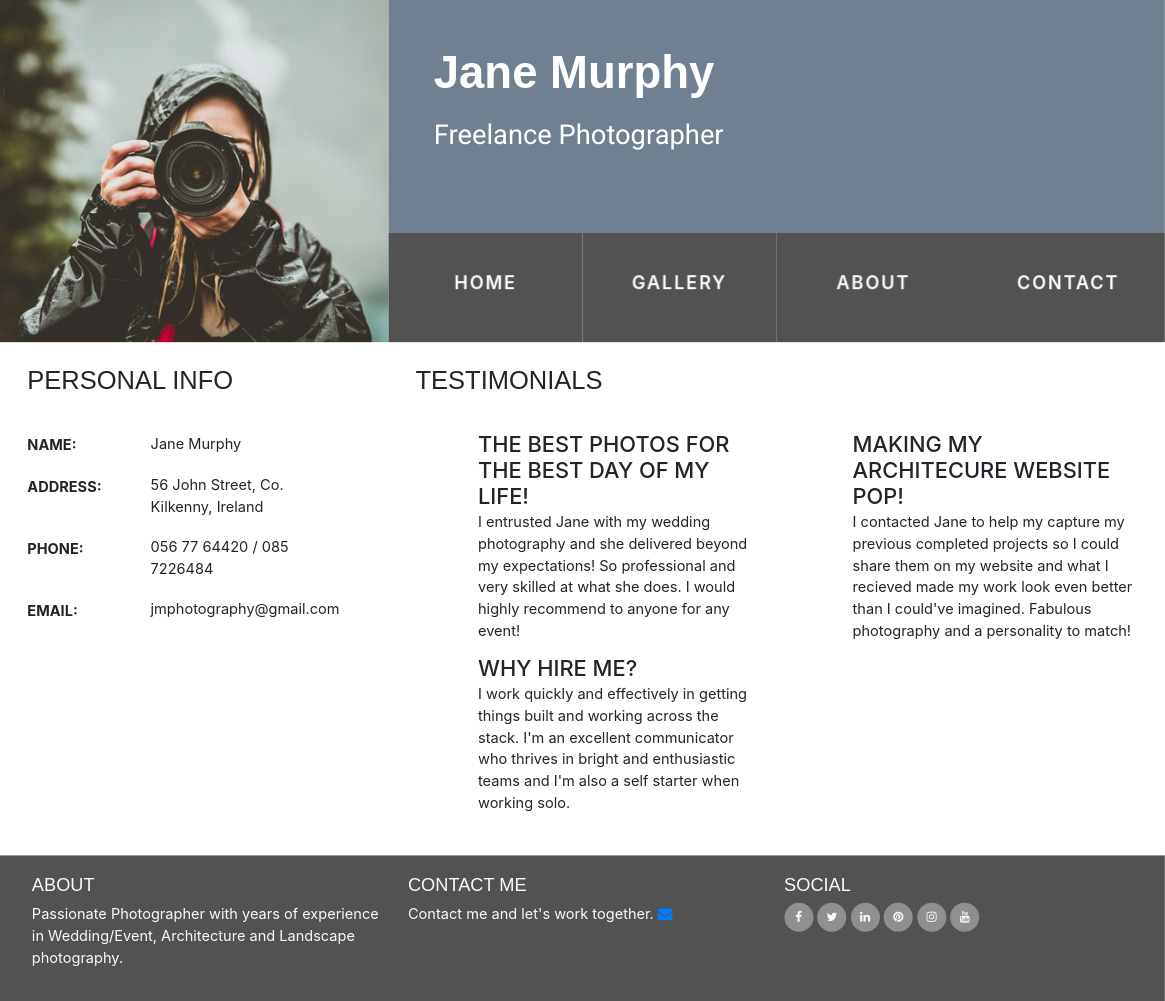
Repository: Code-Institute-Submissions/MrChrisRandall-milestone-1
Page: index.html
The author's editor kept a record of every edit. The page is drawn from the files as they stood at one moment, then again after the next edit.
The browser window is 1280 px wide. The pictures show the whole page, at 91% of full size.

Above is the page before.

### index.html
<!DOCTYPE html>
<html lang="en">

<head>
    <meta charset="UTF-8">
    <meta name="viewport" content="width=device-width, initial-scale=1.0">
    <meta http-equiv="X-UA-Compatible" content="ie=edge">
    <link rel="stylesheet" href="https://stackpath.bootstrapcdn.com/bootstrap/4.3.1/css/bootstrap.min.css" type="text/css" />
    <link rel="stylesheet" href="https://stackpath.bootstrapcdn.com/font-awesome/4.7.0/css/font-awesome.min.css" type="text/css" />
    <link rel="stylesheet" href="https://cdnjs.cloudflare.com/ajax/libs/hover.css/2.3.1/css/hover-min.css" type="text/css" />
    <link rel="stylesheet" href="assets/css/style.css" type="text/css" />
    <title>Studio 21</title>
</head>

<body>
    <header>
        <div class="row no-gutters">
            <a href="index.html" class="col-md-4 logo">

            </a>
            <div class="col-md-8">
                <div class="row no-gutters bg-color-name-title">
                    <div class="col heading">
                        <h1 class="name">Jane Murphy</h1>
                        <h2 class="title">Freelance Photographer</h2>
                    </div>
                </div>
                <div class="row no-gutters">
                    <div class="col">
                        <ul id="nav" class="list-inline menucontainer">
                            <li class="col-2 col-sm-3 ui-menu-color-home list-inline-item menuitem">
                                <a href="#" class="hvr-grow-shadow"><span>Home</span></a>
                            </li>
                            <li class="col-2 col-sm-3 ui-menu-color-gallery list-inline-item menuitem">
                                <a href="#" class="hvr-grow-shadow"><span>Gallery</span></a>
                            </li>
                            <li class="col-2 col-sm-3 ui-menu-color-about list-inline-item menuitem">
                                <a href="#" class="hvr-grow-shadow"><span>About</span></a>
                            </li>
                            <li class="col-2 col-sm-3 ui-menu-color-contact list-inline-item menuitem">
                                <a href="#" class="hvr-grow-shadow"><span>Contact</span></a>
                            </li>
                        </ul>
                    </div>
                </div>

            </div>
        </div>

    </header>

    <section class="container-fluid">
        <div class="row">
            <div class="col-md-4 section-column">
                <div class="row">
                    <div class="col-12">
                        <h3 class="section-heading uppercase">
                            Personal Info
                        </h3>
                    </div>
                </div>
                <div class="personal-info-item">
                    <div class="key">
                        <p class="uppercase">
                            Name:
                        </p>
                    </div>
                    <div class="value">
                        <p>
                            Jane Murphy
                        </p>
                    </div>
                </div>
                <div class="personal-info-item">
                    <div class="key">
                        <p class="uppercase">
                            Address:
                        </p>
                    </div>
                    <div class="value">
                        <p>
                            56 John Street, Co. Kilkenny, Ireland
                        </p>
                    </div>
                </div>
                <div class="personal-info-item">
                    <div class="key">
                        <p class="uppercase">
                            Phone:
                        </p>
                    </div>
                    <div class="value">
                        <p>
                            056 77 64420 / 085 7226484
                        </p>
                    </div>
                </div>
                <div class="personal-info-item">
                    <div class="key">
                        <p class="uppercase">
                            Email:
                        </p>
                    </div>
                    <div class="value">
                        <p>
                            jmphotography@gmail.com
                        </p>
                    </div>
                </div>
            </div>
            <div class="col-md-8 section-column">
                <div class="row">
                    <div class="col">
                        <h3 class="section-heading uppercase">Testimonials</h3>
                    </div>
                </div>
                <div class="row">
                    <div class="col-10 offset-1 offset-sm-0 col-sm-4 col-md-6">
                        <div class="row">
                            <div class="col-2">
                            </div>
                            <div class="col-10">
                                <h4 class="uppercase">The best photos for the best day of my life!</h4>
                                <p>
                                    I entrusted Jane with my wedding photography and she delivered beyond my expectations! So professional and very skilled at what she does. I would highly recommend to anyone for any event!
                                </p>
                            </div>
                        </div>
                    </div>
                    <div class="col-10 offset-1 offset-sm-0 col-sm-4 col-md-6">
                        <div class="row">
                            <div class="col-2">
                            </div>
                            <div class="col-10">
                                <h4 class="uppercase">Making my architecure website pop!</h4>
                                <p>
                                    I contacted Jane to help my capture my previous completed projects so I could share them on my website and what I recieved made my work look even better than I could've imagined. Fabulous photography and a personality to match!
                                </p>
                            </div>
                        </div>
                    </div>
                    <div class="col-10 offset-1 offset-sm-0 col-sm-4 col-md-6">
                        <div class="row">
                            <div class="col-2">
                            </div>
                            <div class="col-10">
                                <h4 class="uppercase">Why hire me?</h4>
                                <p>
                                    I work quickly and effectively in getting things built and working across the stack. I'm an excellent communicator who thrives in bright and enthusiastic teams and I'm also a self starter when working solo.
                                </p>
                            </div>
                        </div>
                    </div>
                </div>
            </div>
        </div>

    </section>

    <footer class="container-fluid">
        <div id="footer-details" class="row">
            <div class="col-sm-4">
                <h5 class="uppercase general-sub">About</h5>
                <p class="inline-block">
                    Passionate Photographer with years of experience in Wedding/Event, Architecture and Landscape photography.
                </p>
            </div>
            <div class="col-sm-4">
                <h5 class="uppercase general-sub">Contact Me</h5>
                <p class="inline-block">
                    Contact me and let's work together.
                    <a href="contact.html" class="contant-link">
                        <i class="fa fa-envelope" aria-hidden="true"></i>
                        <span class="sr-only">Contact link.</span>
                    </a>
                </p>
            </div>
            <div class="col-sm-4">
                <h5 class="uppercase general-sub">Social</h5>
                <ul class="list-inline social-links">
                    <li class="list-inline-item">
                        <a target="_blank" href="#">
                            <i class="fa fa-facebook" aria-hidden="true"></i>
                            <span class="sr-only">Facebook</span>
                        </a>
                    </li>
                    <li class="list-inline-item">
                        <a target="_blank" href="#">
                            <i class="fa fa-twitter" aria-hidden="true"></i>
                            <span class="sr-only">Twitter</span>
                        </a>
                    </li>
                    <li class="list-inline-item">
                        <a target="_blank" href="#">
                            <i class="fa fa-linkedin" aria-hidden="true"></i>
                            <span class="sr-only">LinkedIn</span>
                        </a>
                    </li>
                    <li class="list-inline-item">
                        <a target="_blank" href="#">
                            <i class="fa fa-pinterest" aria-hidden="true"></i>
                            <span class="sr-only">Pinterest</span>
                        </a>
                    </li>
                    <li class="list-inline-item">
                        <a target="_blank" href="#">
                            <i class="fa fa-instagram" aria-hidden="true"></i>
                            <span class="sr-only">Instagram</span>
                        </a>
                    </li>
                    <li class="list-inline-item">
                        <a target="_blank" href="#">
                            <i class="fa fa-youtube" aria-hidden="true"></i>
                            <span class="sr-only">YouTube</span>
                        </a>
                    </li>
                </ul>
            </div>
        </div>
    </footer>

</body>

</html>

### assets/css/style.css
@import url('https://fonts.googleapis.com/css?family=Roboto&display=swap:100,200,300,400,500,600,700|Exo:100,200,300,400,500,600,700');


/*--------------------------------------------------Colors*/

.bg-color-name-title {
    background-color: #708090;
}

.ui-menu-color-home {
    background-color: #525252;
}

.ui-menu-color-gallery {
    background-color: #525252;
}

.ui-menu-color-about {
    background-color: #525252;
}

.ui-menu-color-contact {
    background-color: #525252;
}

/*--------------------------------------------------General*/

h1,
h2,
h3,
h4 {
    margin: 0;
}

.uppercase {
    text-transform: uppercase;
}

.general-sub {
    font-family: "Exo", sans-serif;
    font-weight: 300;
    color: #fafafa
}

.inline-block {
    display: inline-block;
}

.row-table {
    display: table;
}

.section-column {
    display: table-cell;
    padding: 0 30px 30px;
    float: none;
}

.history-heading,
.section-heading {
    font-family: "Exo", sans-serif;
    font-weight: 300;
    margin-top: 25px;
    margin-bottom: 40px;
}

/*--------------------------------------------------Header*/

.header {
    margin: 0;
}

.heading {
    margin-left: 50px;
}

.logo {
    background: url(../images/pic.jpg);
    background-position: center;
    background-repeat: no-repeat;
    background-size: cover;
    min-height: 360px;
}

.name {
    font-family: "Exo", sans-serif;
    font-weight: 600;
    font-size: 50px;
    margin-top: 50px;
    color: #fff;
}

.title {
    font-family: "Roboto", sans-serif;
    font-weight: 400;
    font-size: 30px;
    margin-top: 20px;
    margin-bottom: 90px;
    color: #fff;
}

.list-inline-item:not(:last-child) {
    margin: 0;
}

.menucontainer {
    font-size: 0;
}

#nav {
    margin: 0;
}

#nav li {
    font-size: 14px;
    padding: 0;
}

.menuitem {
    height: 120px;
    text-align: center;
    padding: 0;
}

.menuitem a {
    width: 100%;
    text-decoration: none;
    color: #fff;
    height: 120px;
}

.menuitem span {
    display: block;
    width: 100%;
    padding-top: 40px;
    text-align: center;
    text-transform: uppercase;
    font-size: 20px;
    font-weight: 600;
    letter-spacing: 2px;
}

/*--------------------------------------------------Footer*/

footer {
    background-color: #525252;
    color: #fafafa;
    min-height: 120px;
    margin: 0;
}

.contact-link i {
    width: 32px;
    height: 32px;
    padding: 12px 0;
    border-radius: 50%;
    font-size: 13px;
    line-height: 7px;
    text-align: center;
    color: #fafafa;
    background: #8f8f8f;
    transition: all 0.35s ease-in-out;
    -moz-transition: all 0.35s ease-in-out;
    -webkit-transition: all 0.35s ease-in-out;
    -o-transition: all 0.35s ease-in-out;
}

.social-links {
    padding-bottom: 15px;
}

.social-links li a i {
    width: 32px;
    height: 32px;
    padding: 12px 0;
    border-radius: 50%;
    font-size: 13px;
    line-height: 7px;
    text-align: center;
    color: #fafafa;
    background: #8f8f8f;
    transition: all 0.35s ease-in-out;
    -moz-transition: all 0.35s ease-in-out;
    -webkit-transition: all 0.35s ease-in-out;
    -o-transition: all 0.35s ease-in-out;
}

.social-links li a i:hover {
    background: #708090;
}

#footer-details {
    padding: 20px;
}

/*--------------------------------------------------Personal Info*/

.personal-info-item {
    margin-bottom: 20px;
    display: block;
    clear: both;
}

.personal-info-item .key,
.personal-info-item .value {
    padding-right: 8px;
    display: inline-block;
}

.personal-info-item .key p,
.personal-info-item .value p {
    margin: 0;
}

.personal-info-item .key {
    width: 30%;
    margin-right: 21px;
    padding-top: 2px;
    vertical-align: top;
}

.personal-info-item .key p {
    font-weight: 700;
}

.personal-info-item .value {
    position: relative;
    width: 60%;
}

/*--------------------------------------------------Contact Form*/

.contact-heading {
    font-family: "Exo", sans-serif;
    font-weight: 300;
    margin-top: 25px;
    margin-bottom: 20px;
}

.center-form {
    padding-top: 10px;
    margin: 0 auto;
    max-width: 70%;
}

button[type="submit"] {
    margin-top: 15px;
    margin-bottom: 20px;
    color: #fafafa;
    background-color: #e84610;
}

After the next edit:
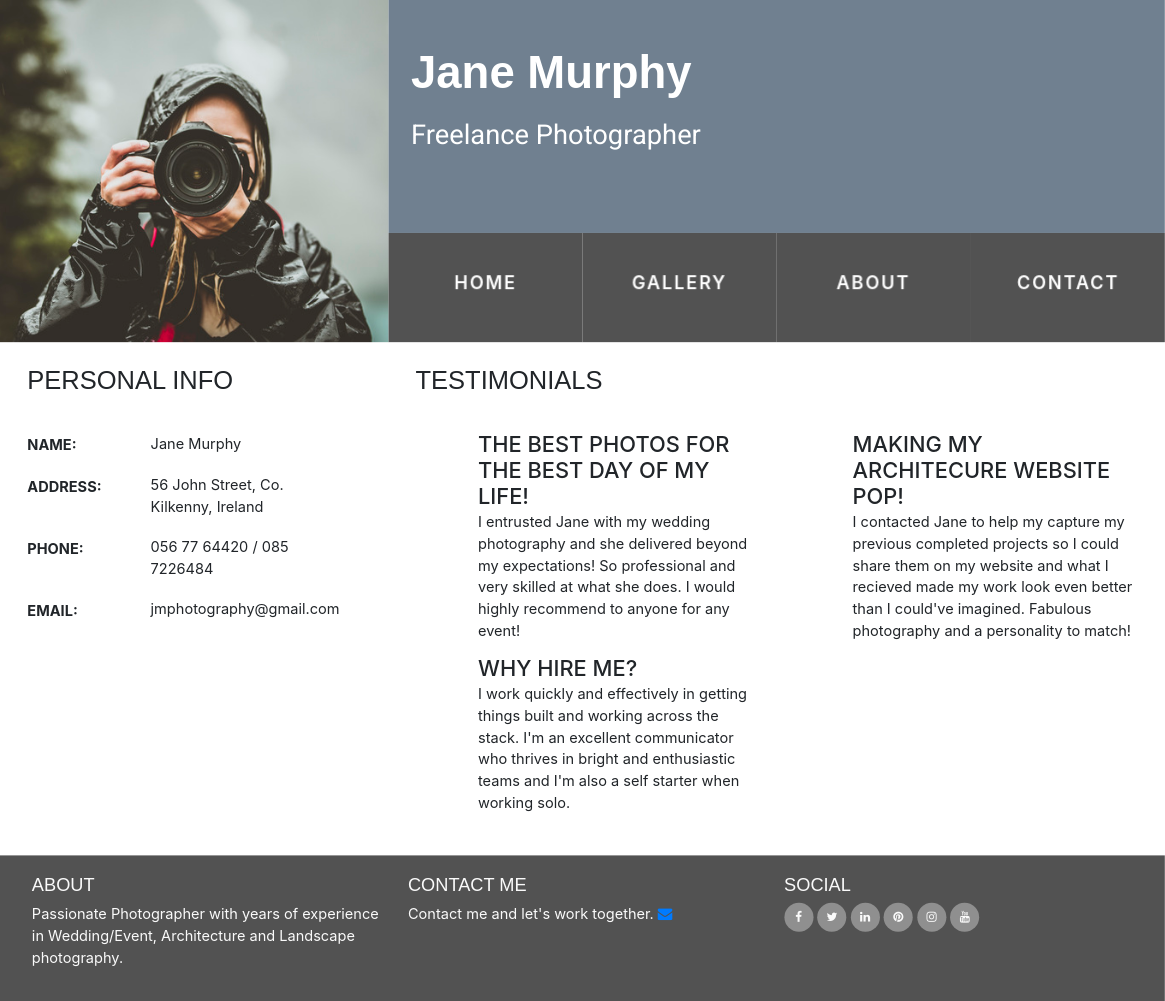
The edit:
--- a/assets/css/style.css
+++ b/assets/css/style.css
@@ -71,7 +71,7 @@
 }
 
 .heading {
-    margin-left: 50px;
+    margin-left: 25px;
 }
 
 .logo {
